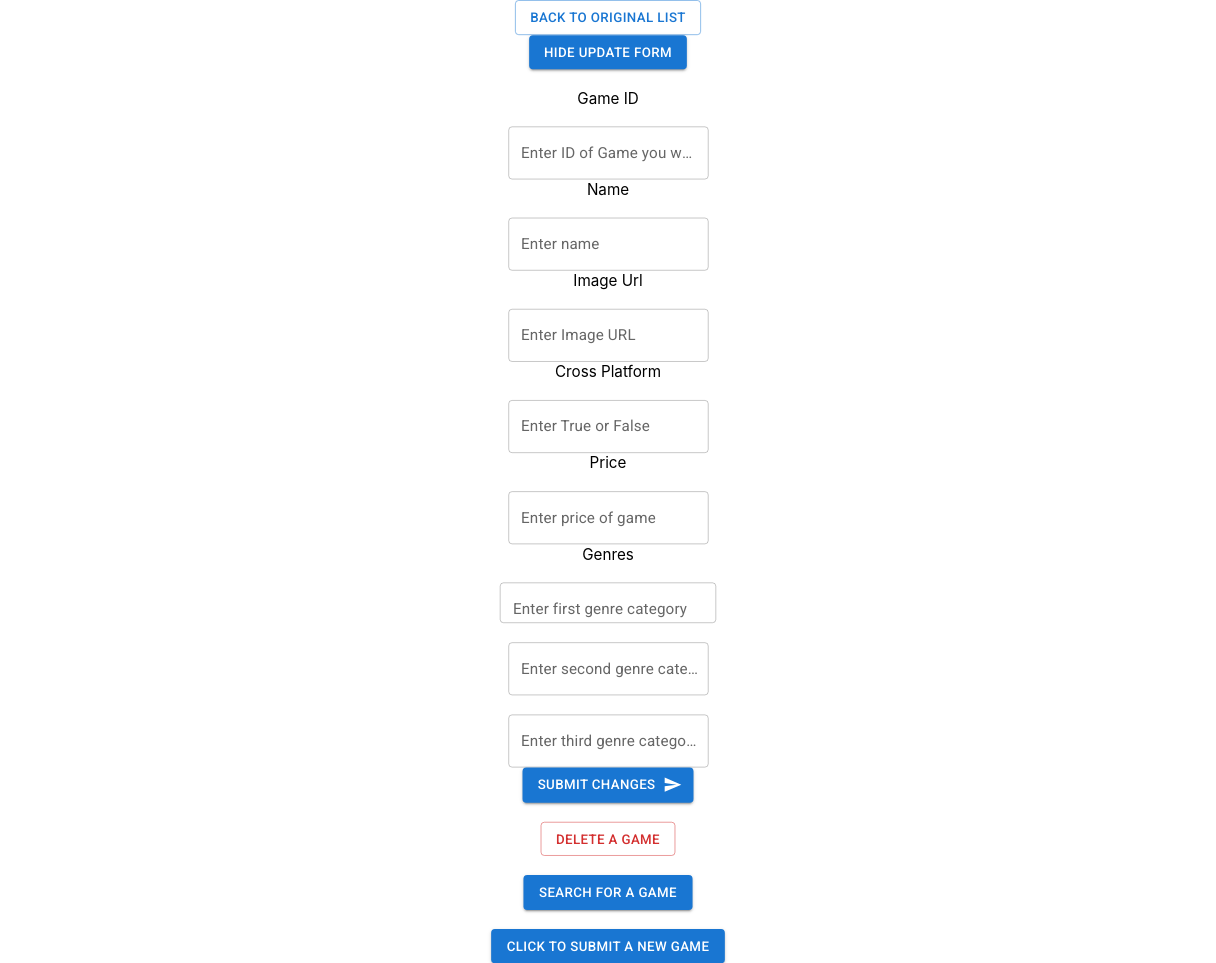
Repository: The-Software-Guild/assessment-2-react-nj10deadend
Page: / (app in Part-2/React-section/frontend/), after clicking the first element matching `button.MuiButton-contained`
An editor plug-in stored every save of this project. The page is shown before and after the next save, followed by the edit.
The browser window is 1280 px wide. The pictures show the whole page, at 95% of full size.
The page's requests for data from a server got no answer. The project was rebuilt for these pictures with package versions that can differ from the ones it lists, and the page was loaded fresh each time. No one was signed in, and anything a server would have sent is missing. Also part of the build but not shown: Part-2/React-section/frontend/src/components/GameCards.js.

Above is the page before, as saved 2021-12-19 22:37:10.

### Part-2/React-section/frontend/public/index.html
<!DOCTYPE html>
<html lang="en">
  <head>
    <meta charset="utf-8" />
    <link rel="icon" href="%PUBLIC_URL%/favicon.ico" />
    <meta name="viewport" content="width=device-width, initial-scale=1" />
    <meta name="theme-color" content="#000000" />
    <meta name="viewport" content="initial-scale=1, width=device-width" />
    <meta
      name="description"
      content="Web site created using create-react-app"
    />
    <link rel="apple-touch-icon" href="%PUBLIC_URL%/logo192.png" />
    <!--
      manifest.json provides metadata used when your web app is installed on a
      user's mobile device or desktop. See https://developers.google.com/web/fundamentals/web-app-manifest/
    -->
    <link rel="manifest" href="%PUBLIC_URL%/manifest.json" />
    <!--
      Notice the use of %PUBLIC_URL% in the tags above.
      It will be replaced with the URL of the `public` folder during the build.
      Only files inside the `public` folder can be referenced from the HTML.

      Unlike "/favicon.ico" or "favicon.ico", "%PUBLIC_URL%/favicon.ico" will
      work correctly both with client-side routing and a non-root public URL.
      Learn how to configure a non-root public URL by running `npm run build`.
    -->
    <link
      rel="stylesheet"
      href="https://fonts.googleapis.com/css?family=Roboto:300,400,500,700&display=swap"
    />
    <link
      rel="stylesheet"
      href="https://fonts.googleapis.com/icon?family=Material+Icons"
    />
    <title>React App</title>
  </head>
  <body>
    <noscript>You need to enable JavaScript to run this app.</noscript>
    <div id="root"></div>
    <!--
      This HTML file is a template.
      If you open it directly in the browser, you will see an empty page.

      You can add webfonts, meta tags, or analytics to this file.
      The build step will place the bundled scripts into the <body> tag.

      To begin the development, run `npm start` or `yarn start`.
      To create a production bundle, use `npm run build` or `yarn build`.
    -->
  </body>
</html>

### Part-2/React-section/frontend/src/index.css
body {
  margin: 0;
  font-family: -apple-system, BlinkMacSystemFont, 'Segoe UI', 'Roboto', 'Oxygen',
    'Ubuntu', 'Cantarell', 'Fira Sans', 'Droid Sans', 'Helvetica Neue',
    sans-serif;
  -webkit-font-smoothing: antialiased;
  -moz-osx-font-smoothing: grayscale;
}

code {
  font-family: source-code-pro, Menlo, Monaco, Consolas, 'Courier New',
    monospace;
}

.imgs {
  height: 300px;
  width: 300px;
  border-radius: 5px;
}
.game-cards {
  border-color: lightblue;
  border-style: outset;
}
.divider {
  border-top: 1px dotted lightblue;
}
#outlined-basic6 {
  height: 10px;
  width: 200px;
}

### Part-2/React-section/frontend/src/App.js
import './App.css';
import Home from './components/Home';
import AddGameForm from './components/AddGameForm';
import GameSearch from './components/GameSearch';
import UpdateGame from './components/UpdateGame';
import DeleteGame from './components/DeleteGame';
import axios from 'axios';
import {useState, useEffect} from 'react';
import Container from '@mui/material/Container';

// import {Container} from '@mui/material';
import Button from '@mui/material/Button';
// import Typography from '@mui/material/Typography';

function App() {

  const [gameData, setGameData] = useState([]);

  function getFetchGameServer () {
    axios.get(`http://localhost:8080/allGames`)
      .then(res => {
        setGameData(res.data)
      })

  }

  useEffect(getFetchGameServer, []);

  return (
    // <div className="App">
    <Container className="App">

      <Button variant="outlined"onClick={getFetchGameServer}>Back to Original List</Button>
      <UpdateGame getFetchGameServer={getFetchGameServer}/>
      <br></br>
      <DeleteGame getFetchGameServer={getFetchGameServer} />
      <br></br>
      <GameSearch setGameData={setGameData}/>
      <br></br>
      <AddGameForm setGameData={setGameData}/>


      <Home gameData={gameData}/>

    </Container>

  );
}

export default App;

### Part-2/React-section/frontend/src/components/Home.js
import GameCards from "./GameCards";


function Home ({gameData}) {

    const renderGameData = gameData.map(eachGame => {
        // console.log(eachGame._id);
        return (
            <GameCards key={eachGame._id} eachGame={eachGame} />
        )
    })
    return (
        <div>
            {renderGameData}

        </div>
    )
}

export default Home;

### Part-2/React-section/frontend/src/components/GameSearch.js
import {useState} from 'react';
import axios from 'axios';
import Button from '@mui/material/Button';
import TextField from '@mui/material/TextField';



function GameSearch ({setGameData}) {

    const [searchId, setSearchId] = useState("");
    const [clicked, setClicked] = useState(false);

    const searchGameText = clicked ? "Hide Search Form" : "Search for a Game"

    function getFetchOneGame () {
        axios.get(`http://localhost:8080/allGames/${searchId}`)
          .then(res => {
            setGameData([res.data])
        })

    }

    function onSearch(event) {
        event.preventDefault()
        setSearchId("");
        getFetchOneGame();
    }

    return (
        <div>
            <Button variant="contained" onClick={() => {setClicked(!clicked)}}>{searchGameText}</Button>
            {clicked && (
                <form onSubmit={onSearch}>
                    {/* <input type="text" placeholder="Search for game by id..."
                    onChange={(event) => {setSearchId(event.target.value)}}
                    value = {searchId}
                    /> */}
                    <br></br>
                    <TextField id="outlined-basic" label="Search for game by id"
                    variant="outlined"
                    onChange={(event) => {setSearchId(event.target.value)}}
                    value = {searchId}
                    />
                    <br></br>
                    <Button variant="outlined" type="submit">Search</Button>
                </form>
            )}
        </div>
    )
}

export default GameSearch;

### Part-2/React-section/frontend/src/components/UpdateGame.js
import {useState} from 'react';
import axios from 'axios';
import Button from '@mui/material/Button';
import Box from '@mui/material/Box';
import TextField from '@mui/material/TextField';
import SendIcon from '@mui/icons-material/Send';



function UpdateGame ({getFetchGameServer}) {
    const [name, setName] = useState("");
    const [img, setImg] = useState("");
    const [crossPlatform, setCrossPlatform] = useState("");
    const [price, setPrice] = useState("");
    const [genres, setGenres] = useState(["", "", ""]);

    const [clicked, setClicked] = useState(false);
    const [searchId, setSearchId] = useState("");

    const updateButtonText = clicked ? "Hide Update Form" : "Update game details"

    async function patchRequest () {
        await axios.patch(`http://localhost:8080/allGames/update/${searchId}`,  {
            name: name,
            img: img,
            cross_platform: crossPlatform,
            price: price,
            genres: genres
        })
    }

    async function updateChanges (event) {
        event.preventDefault();
        await patchRequest();
        getFetchGameServer();
        setSearchId("");
        setName("");
        setImg("");
        setCrossPlatform("");
        setPrice("");
    }
    return (
        <Box sx={{ borderRadius: '50%' }}>
            <Button variant="contained" onClick={() => {setClicked(!clicked)}}>{updateButtonText}</Button>
                {clicked && (
                    <div>
                        <br></br>
                        <form onSubmit={updateChanges}>
                            <div>
                                <label for="game-id">Game ID</label>
                                <br></br>
                                <br></br>
                                {/* <input name="game-id" type="text" placeholder="Enter ID of Game you want to update"
                                onChange={(event) => {setSearchId(event.target.value)}}
                                value = {searchId}
                                /> */}
                                <TextField id="outlined-basic1" label="Enter ID of Game you want to update"
                                variant="outlined"
                                onChange={(event) => {setSearchId(event.target.value)}}
                                value = {searchId}
                                />
                            </div>
                            <div>
                                <label for="name">Name</label>
                                <br></br>
                                <br></br>
                                {/* <input type="text" name="name" placeholder="Enter name" id="name"
                                value={name} onChange={(event) => {setName(event.target.value)}}/> */}
                                <TextField id="outlined-basic2" label="Enter name"
                                variant="outlined"
                                onChange={(event) => {setName(event.target.value)}}
                                value = {name}
                                />
                            </div>
                            <div>
                                <label for="img">Image Url</label>
                                <br></br>
                                <br></br>
                                {/* <input type="text" name="img" placeholder="Enter image URL" id="img"
                                value={img} onChange={(event) => {setImg(event.target.value)}}/> */}
                                <TextField id="outlined-basic3" label="Enter Image URL"
                                variant="outlined"
                                onChange={(event) => {setImg(event.target.value)}}
                                value = {img}
                                />
                            </div>
                            <div>
                                <label for="cross platform">Cross Platform</label>
                                <br></br>
                                <br></br>
                                {/* <input type="text" name="cross platform" placeholder="Enter true or false" id="cross_platform"
                                value={crossPlatform} onChange={(event) => {setCrossPlatform(event.target.value)}}/> */}
                                <TextField id="outlined-basic4" label="Enter True or False"
                                variant="outlined"
                                onChange={(event) => {setCrossPlatform(event.target.value)}}
                                value = {crossPlatform}
                                />
                            </div>
                            <div>
                                <label for="price">Price</label>
                                <br></br>
                                <br></br>
                                {/* <input type="text" name="price" placeholder="Enter price of game" id="price"
                                value={price} onChange={(event) => {setPrice(event.target.value)}} /> */}
                                <TextField id="outlined-basic5" label="Enter price of game"
                                variant="outlined"
                                onChange={(event) => {setPrice(event.target.value)}}
                                value = {price}
                                />
                            </div>
                            <div>
                                <label for="genres">Genres</label>
                                <br></br>
                                <br></br>
                                {/* <input type="text" name="genre1" placeholder="Enter first genre category" id="genre1"
                                value={genres[0]} onChange={(event) => {setGenres([event.target.value, genres[1], genres[2]])}}/> */}
                                <TextField id="outlined-basic6" label="Enter first genre category"
                                variant="outlined"
                                onChange={(event) => {setGenres([event.target.value, genres[1], genres[2]])}}
                                value = {genres[0]}
                                />
                                <br></br>
                                <br></br>
                                {/* <input type="text" name="genre2" placeholder="Enter second genre category" id="genre2"
                                value={genres[1]} onChange={(event) => {setGenres([genres[0], event.target.value, genres[2] ])}}/> */}
                                <TextField id="outlined-basic7" label="Enter second genre category"
                                variant="outlined"
                                onChange={(event) => {setGenres([genres[0], event.target.value, genres[2] ])}}
                                value = {genres[1]}
                                />
                                <br></br>
                                <br></br>
                                {/* <input type="text" name="genre3" placeholder="Enter third genre category" id="genre3"
                                value={genres[2]} onChange={(event) => {setGenres([genres[0], genres[1], event.target.value])}}/> */}
                                <TextField id="outlined-basic7" label="Enter third genre category"
                                variant="outlined"
                                onChange={(event) => {setGenres([genres[0], genres[1], event.target.value])}}
                                value = {genres[2]}
                                />

                            </div>
                            <Button variant="contained" endIcon={<SendIcon />} type="submit">Submit Changes</Button>

                        </form>
                    </div>
                )}


        </Box>
    )
}

export default UpdateGame;

### Part-2/React-section/frontend/src/components/DeleteGame.js
import axios from 'axios';
import {useState} from 'react';
import Button from '@mui/material/Button';
import DeleteIcon from '@mui/icons-material/Delete';
import TextField from '@mui/material/TextField';


function DeleteGame ({getFetchGameServer}) {

    const [searchId, setSearchId] = useState("");
    const [clicked, setClicked] = useState(false);

    const deleteText = clicked ? "Hide Delete Form" : "Delete A Game"

    async function deleteGame () {
        await axios.delete(`http://localhost:8080/allGames/delete/${searchId}`)
    }

    async function onSubmit (event) {
        event.preventDefault();
        await deleteGame();
        getFetchGameServer();
        setSearchId("");

    }
    return (
        <div>
            <Button variant="outlined" color="error" onClick={() => {setClicked(!clicked)}}>{deleteText}</Button>
            {clicked && (
                <form onSubmit={onSubmit}>
                    <br></br>
                    <div>
                    <TextField id="outlined-basic" label="Enter ID of Game you want Deleted"
                    variant="outlined"
                    onChange={(event) => {setSearchId(event.target.value)}}
                    value = {searchId}
                    />
                    </div>
                    <br></br>
                    <div>
                        <Button type="submit" variant="outlined" color="error" startIcon={<DeleteIcon />}>Delete Game</Button>
                    </div>
                </form>
            )}

        </div>
    )
}
export default DeleteGame;

Loaded but not shown: Part-2/React-section/frontend/src/index.js (common file); Part-2/React-section/frontend/src/reportWebVitals.js (common file); Part-2/React-section/frontend/src/App.css (common file); Part-2/React-section/frontend/src/components/AddGameForm.js (104 lines, source omitted)

After the next save:
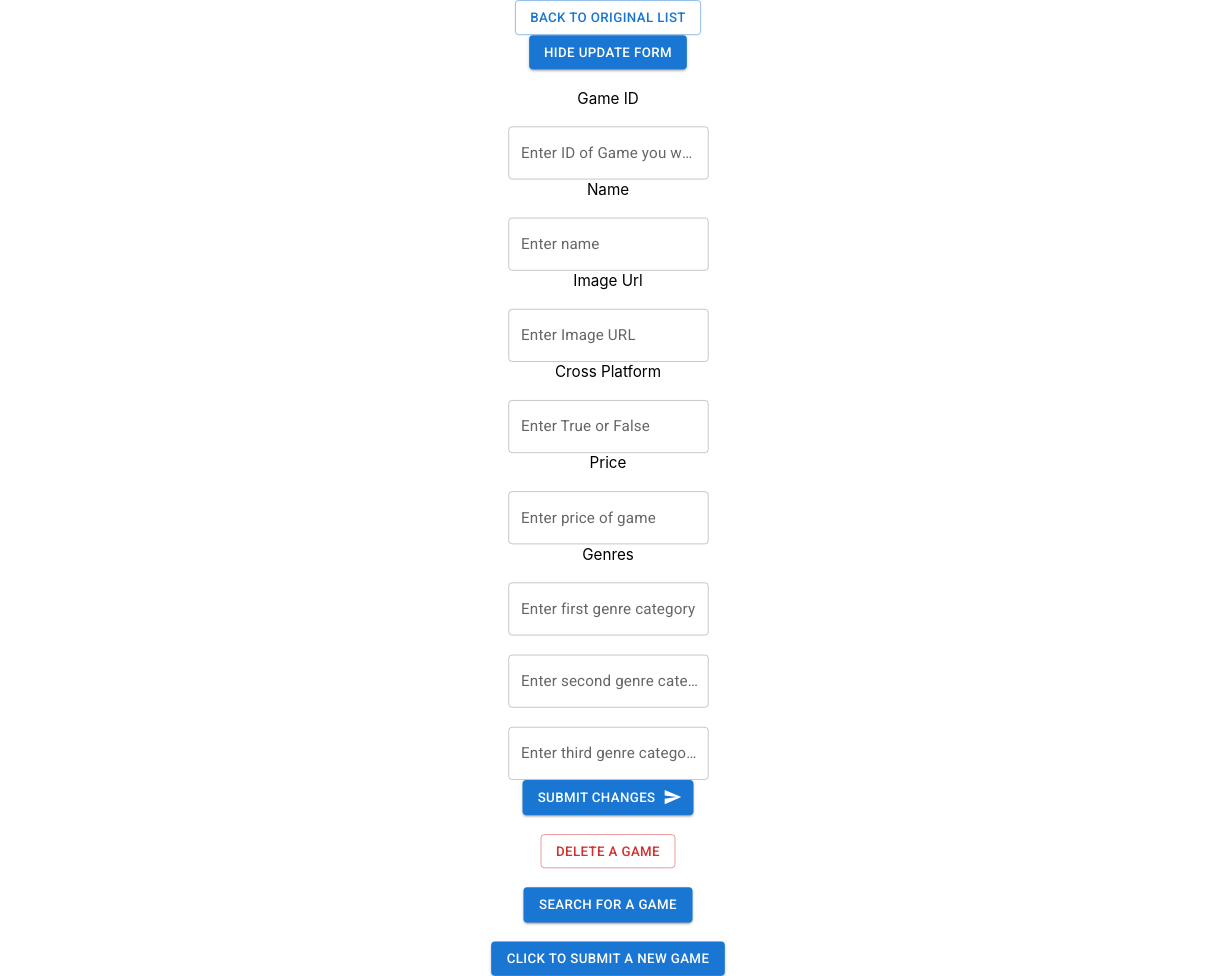
Saved 2 min 31 s later.
--- a/Part-2/React-section/frontend/src/components/UpdateGame.js
+++ b/Part-2/React-section/frontend/src/components/UpdateGame.js
@@ -54,7 +54,7 @@ function UpdateGame ({getFetchGameServer}) {
                                 onChange={(event) => {setSearchId(event.target.value)}}
                                 value = {searchId}
                                 /> */}
-                                <TextField id="outlined-basic1" label="Enter ID of Game you want to update"
+                                <TextField className="inputs" label="Enter ID of Game you want to update"
                                 variant="outlined"
                                 onChange={(event) => {setSearchId(event.target.value)}}
                                 value = {searchId}
@@ -66,7 +66,7 @@ function UpdateGame ({getFetchGameServer}) {
                                 <br></br>
                                 {/* <input type="text" name="name" placeholder="Enter name" id="name"
                                 value={name} onChange={(event) => {setName(event.target.value)}}/> */}
-                                <TextField id="outlined-basic2" label="Enter name"
+                                <TextField className="inputs" label="Enter name"
                                 variant="outlined"
                                 onChange={(event) => {setName(event.target.value)}}
                                 value = {name}
@@ -78,7 +78,7 @@ function UpdateGame ({getFetchGameServer}) {
                                 <br></br>
                                 {/* <input type="text" name="img" placeholder="Enter image URL" id="img"
                                 value={img} onChange={(event) => {setImg(event.target.value)}}/> */}
-                                <TextField id="outlined-basic3" label="Enter Image URL"
+                                <TextField className="inputs" label="Enter Image URL"
                                 variant="outlined"
                                 onChange={(event) => {setImg(event.target.value)}}
                                 value = {img}
@@ -90,7 +90,7 @@ function UpdateGame ({getFetchGameServer}) {
                                 <br></br>
                                 {/* <input type="text" name="cross platform" placeholder="Enter true or false" id="cross_platform"
                                 value={crossPlatform} onChange={(event) => {setCrossPlatform(event.target.value)}}/> */}
-                                <TextField id="outlined-basic4" label="Enter True or False"
+                                <TextField className="inputs" label="Enter True or False"
                                 variant="outlined"
                                 onChange={(event) => {setCrossPlatform(event.target.value)}}
                                 value = {crossPlatform}
@@ -102,7 +102,7 @@ function UpdateGame ({getFetchGameServer}) {
                                 <br></br>
                                 {/* <input type="text" name="price" placeholder="Enter price of game" id="price"
                                 value={price} onChange={(event) => {setPrice(event.target.value)}} /> */}
-                                <TextField id="outlined-basic5" label="Enter price of game"
+                                <TextField className="inputs" label="Enter price of game"
                                 variant="outlined"
                                 onChange={(event) => {setPrice(event.target.value)}}
                                 value = {price}
@@ -114,7 +114,7 @@ function UpdateGame ({getFetchGameServer}) {
                                 <br></br>
                                 {/* <input type="text" name="genre1" placeholder="Enter first genre category" id="genre1"
                                 value={genres[0]} onChange={(event) => {setGenres([event.target.value, genres[1], genres[2]])}}/> */}
-                                <TextField id="outlined-basic6" label="Enter first genre category"
+                                <TextField className="inputs" label="Enter first genre category"
                                 variant="outlined"
                                 onChange={(event) => {setGenres([event.target.value, genres[1], genres[2]])}}
                                 value = {genres[0]}
@@ -123,7 +123,7 @@ function UpdateGame ({getFetchGameServer}) {
                                 <br></br>
                                 {/* <input type="text" name="genre2" placeholder="Enter second genre category" id="genre2"
                                 value={genres[1]} onChange={(event) => {setGenres([genres[0], event.target.value, genres[2] ])}}/> */}
-                                <TextField id="outlined-basic7" label="Enter second genre category"
+                                <TextField className="inputs" label="Enter second genre category"
                                 variant="outlined"
                                 onChange={(event) => {setGenres([genres[0], event.target.value, genres[2] ])}}
                                 value = {genres[1]}
@@ -132,7 +132,7 @@ function UpdateGame ({getFetchGameServer}) {
                                 <br></br>
                                 {/* <input type="text" name="genre3" placeholder="Enter third genre category" id="genre3"
                                 value={genres[2]} onChange={(event) => {setGenres([genres[0], genres[1], event.target.value])}}/> */}
-                                <TextField id="outlined-basic7" label="Enter third genre category"
+                                <TextField className="inputs" label="Enter third genre category"
                                 variant="outlined"
                                 onChange={(event) => {setGenres([genres[0], genres[1], event.target.value])}}
                                 value = {genres[2]}
